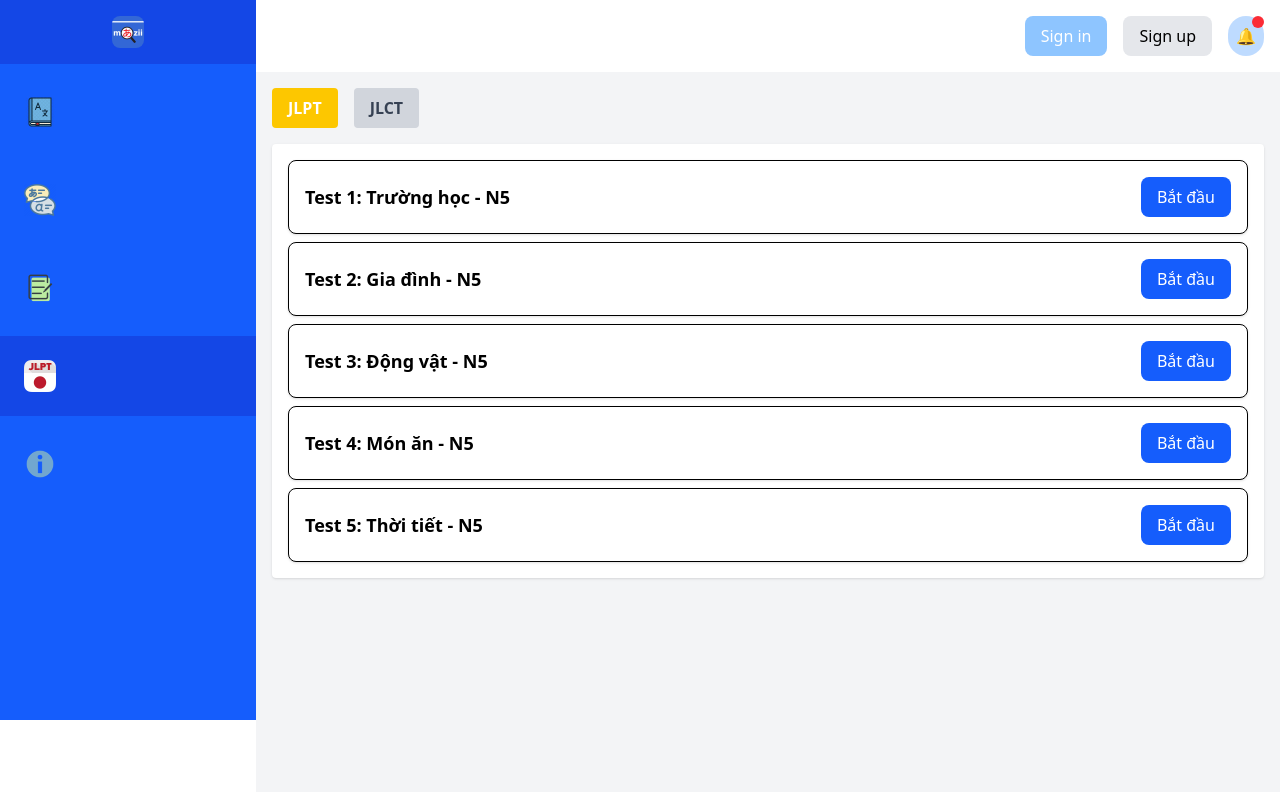
Repository: reminzuetto/JapaneseTranslationApp
Page: /jlpt
An editor plug-in stored every save of this project. The page is shown before and after the next save, followed by the edit.
The browser window is 1280 px wide. The pictures show the whole page.
The page's requests for data from a server got no answer. The project was rebuilt for these pictures with package versions that can differ from the ones it lists, and the page was loaded fresh each time. No one was signed in, and anything a server would have sent is missing. Also part of the build but not shown: vite.config.js, src/components/Header/NotificationItem.jsx, src/components/SeachBar/DropDownButton.jsx, src/components/SeachBar/SearchInput.jsx, src/components/SeachBar/SearchBar.jsx, src/pages/Home.jsx, src/Firebase.jsx, src/pages/SignInForm.jsx and 8 more.

Above is the page before, as saved 2025-03-19 08:20:45.

### src/App.jsx
import React, { useState } from "react";
import { BrowserRouter as Router, Routes, Route } from "react-router-dom";
import Header from "./components/Header/Header";
import Home from "./pages/Home";
import Sidebar from "./components/SideBar/SideBar";
import SignInForm from "./pages/SignInForm";
import SignUpForm from "./pages/SignUpForm";
import SearchPage from "./pages/SearchPage";
import TranslatePage from "./pages/TranslatePage";
import CollectionPage from "./pages/CollectionPage";
import JLPTPage from "./pages/JLPTPage";
import AboutPage from "./pages/AboutPage";

function App() {
  const [isSidebarOpen, setIsSidebarOpen] = useState(false);

  return (
    <Router>
      <div className="flex">
        {/* Sidebar */}
        <Sidebar isOpen={isSidebarOpen} setIsOpen={setIsSidebarOpen} />

        {/* Nội dung chính */}
        <div
          className={`flex-1 transition-all duration-300 ${
            isSidebarOpen ? "ml-64" : "ml-20"
          }`}
        >
          <Header />
          <Routes>
            <Route path="/" element={<Home />} />
            <Route path="/signin" element={<SignInForm />} />
            <Route path="/signup" element={<SignUpForm />} />
            <Route path="/search" element={<SearchPage />} />
            <Route path="/translate" element={<TranslatePage />} />
            <Route path="/collection" element={<CollectionPage />} />
            <Route path="/jlpt" element={<JLPTPage />} />
            <Route path="/about" element={<AboutPage />} />
          </Routes>
        </div>
      </div>
    </Router>
  );
}

export default App;

### src/components/Header/Header.jsx
import React, { useState } from "react";
import useClickOutside from "../../hooks/useClickOutside";
import notificationsData from "/src/Data.js";
import NotificationItem from "../Header/NotificationItem";
import { Link } from "react-router-dom";

const Header = () => {
  const { show, setShow, nodeRef } = useClickOutside();
  const [notifications, setNotifications] = useState(notificationsData);

  const markAsSeen = (id) => {
    setNotifications((prev) =>
      prev.map((item) => (item.id === id ? { ...item, seen: true } : item))
    );
  };

  return (
    <header className="flex items-center justify-end p-4 bg-white shadow-md  top-0 left-0 w-full z-50">
      <div className="flex items-center gap-4">
        <Link to="/signin">
          <button className="px-4 py-2 text-white bg-blue-300 rounded-lg hover:bg-blue-500">
            Sign in
          </button>
        </Link>

        <Link to="/signup">
          <button className="px-4 py-2 text-blue bg-gray-200 rounded-lg hover:bg-blue-500 hover:text-white">
            Sign up
          </button>
        </Link>
        <div className="relative" ref={nodeRef}>
          <div
            className="relative p-2 rounded-full bg-blue-200 hover:bg-blue-400 cursor-pointer"
            onClick={() => setShow(!show)}
          >
            🔔
            {notifications.some((item) => !item.seen) && (
              <span className="absolute top-0 right-0 w-3 h-3 bg-red-500 rounded-full"></span>
            )}
          </div>

          {show && (
            <div className="absolute top-full -left-2 min-w-[250px] translate-x-[-100%] mt-2 bg-white shadow-lg rounded-lg border border-gray-200">
              {notifications.length > 0 ? (
                notifications.map((item) => (
                  <NotificationItem
                    key={item.id}
                    id={item.id}
                    title={item.title}
                    time={item.time}
                    seen={item.seen}
                    onMarkAsSeen={markAsSeen}
                  />
                ))
              ) : (
                <div className="p-4 text-center text-gray-400">
                  Không có thông báo mới
                </div>
              )}
            </div>
          )}
        </div>
      </div>
    </header>
  );
};

export default Header;

### src/components/SideBar/SideBar.jsx
import React from "react";
import { NavLink } from "react-router-dom";

const SidebarItem = ({ src, text, to }) => (
  <li className="w-full">
    <NavLink
      to={to}
      className={({ isActive }) =>
        `flex items-center h-20 text-gray-200 no-underline transition duration-500 hover:bg-blue-700 hover:text-white hover:shadow-lg hover:font-bold hover:rounded-lg hover:ml-3 hover:mr-3 ${
          isActive ? "bg-blue-700 font-bold text-white" : ""
        }`
      }
    >
      <img className="w-8 min-w-8 mx-6" src={src} alt={text} />
      <span className="hidden group-hover:block ml-4">{text}</span>
    </NavLink>
  </li>
);

const SideBar = ({ isOpen, setIsOpen }) => {
  const menuItems = [
    { src: "/src/assets/SearchIcon.png", text: "Search", to: "/search" },
    {
      src: "/src/assets/TranslateIcon.png",
      text: "Translate",
      to: "/translate",
    },
    {
      src: "/src/assets/CollectionIcon.png",
      text: "Collection",
      to: "/collection",
    },
    { src: "/src/assets/JLPTIcon.png", text: "JLPT", to: "/jlpt" },
    { src: "/src/assets/AboutIcon.jpg", text: "About us", to: "/about" },
  ];

  return (
    <nav
      className={`w-20 h-screen fixed z-51 bg-blue-600 transition-all duration-200 hover:w-64 group ${
        isOpen ? "w-64" : "w-20"
      }`}
      onMouseEnter={() => setIsOpen(true)}
      onMouseLeave={() => setIsOpen(false)}
    >
      <ul className="flex flex-col items-center space-y-2">
        <li className="w-full text-center py-4 bg-blue-700 font-bold uppercase text-white text-2xl">
          <NavLink className="flex items-center justify-center" to="/">
            <img
              className="w-8 h-8 rounded-lg transition-transform duration-600 group-hover:rotate-[-360deg]"
              src="/src/assets/MaziiLogo.png"
              alt="Mazii logo"
            />
            <span className="hidden group-hover:block ml-4">Mazzi</span>
          </NavLink>
        </li>
        {menuItems.map((item, index) => (
          <SidebarItem
            key={index}
            src={item.src}
            text={item.text}
            to={item.to}
          />
        ))}
      </ul>
    </nav>
  );
};

export default SideBar;

### src/pages/JLPTPage.jsx
import React, { useState, useEffect } from "react";
import JLPTTestItem from "/src/components/JLPTPage/JLPTTestItem";

const JLPTPage = () => {
  const [tests, setTests] = useState([]);

  useEffect(() => {
    fetch("japanese_test.json") // Để file json trong thư mục public
      .then((response) => response.json())
      .then((data) => setTests(data.tests))
      .catch((error) => console.error("Error loading test data:", error));
  }, []);

  const handleStartTest = (testId) => {
    console.log(`Bắt đầu bài kiểm tra với ID: ${testId}`);
    // Có thể điều hướng hoặc thay đổi state ở đây nếu cần
  };

  return (
    <div className="p-4 bg-gray-100 min-h-screen">
      {/* Thanh chọn loại kỳ thi */}
      <div className="flex space-x-4 mb-4">
        <button className="px-4 py-2 bg-yellow-400 text-white font-bold rounded">
          JLPT
        </button>
        <button className="px-4 py-2 bg-gray-300 text-gray-700 font-bold rounded">
          JLCT
        </button>
      </div>

      <div className="mt-4 bg-white p-4 rounded shadow space-y-2">
        {tests.map((test, index) => (
          <JLPTTestItem
            key={test.id}
            test={test}
            index={index + 1}
            onStart={handleStartTest}
          />
        ))}
      </div>
    </div>
  );
};

export default JLPTPage;

### src/hooks/useClickOutside.jsx
import { useEffect, useRef, useState } from "react";

export default function useClickOutside(dom = "button") {
  const [show, setShow] = useState(false);
  const nodeRef = useRef(null);
  useEffect(() => {
    const handleClickOutside = (event) => {
      if (
        nodeRef.current &&
        !nodeRef.current.contains(event.target) &&
        !event.target.matches(dom)
      ) {
        setShow(false);
      }
    };
    document.addEventListener("click", handleClickOutside);
    return () => {
      document.removeEventListener("click", handleClickOutside);
    };
  }, []);

  return {
    show,
    setShow,
    nodeRef,
  };
}

### src/Data.js
const notificationsData = [
  {
    id: 1,
    title: "JavaScript Update",
    content: "Phiên bản mới của JavaScript đã được phát hành.",
    time: "10 phút trước",
    seen: false,
  },
  {
    id: 2,
    title: "ReactJS Tips",
    content: "Học cách tối ưu hóa hiệu suất trong ReactJS.",
    time: "30 phút trước",
    seen: true,
  },
  {
    id: 3,
    title: "VueJS News",
    content: "Vue 3 đang ngày càng phổ biến hơn!",
    time: "1 giờ trước",
    seen: false,
  },
  {
    id: 4,
    title: "Next.js Guide",
    content: "Làm thế nào để sử dụng Server Actions hiệu quả?",
    time: "3 giờ trước",
    seen: true,
  },
  {
    id: 5,
    title: "PostgreSQL Tips",
    content: "Cách tối ưu truy vấn SQL cho tốc độ nhanh hơn.",
    time: "5 giờ trước",
    seen: false,
  },
];

export default notificationsData;

### src/components/JLPTPage/JLPTTestItem.jsx
import React from "react";

const JLPTTestItem = ({ test, index, onStart }) => {
  return (
    <div className="flex justify-between items-center p-4 border rounded-lg shadow-sm bg-white">
      <span className="text-lg font-semibold">
        Test {index}: {test.topic} - {test.level}
      </span>
      <button
        onClick={() => onStart(test.id)}
        className="bg-blue-600 text-white px-4 py-2 rounded-lg hover:bg-blue-700"
      >
        Bắt đầu
      </button>
    </div>
  );
};

export default JLPTTestItem;

### public/japanese_test.json
{
  "tests": [
    {
      "id": "001",
      "topic": "Trường học",
      "level": "N5",
      "questions": [
        {
          "question_id": 1,
          "question": "Từ '学校' có nghĩa là gì?",
          "answers": ["Trường học", "Giáo viên", "Sách", "Nhà"],
          "correct_answer": "A",
          "explain": "学校 (gakkou) là danh từ tiếng Nhật nghĩa là 'trường học'."
        },
        {
          "question_id": 2,
          "question": "Từ '先生' có nghĩa là gì?",
          "answers": ["Học sinh", "Giáo viên", "Bác sĩ", "Cảnh sát"],
          "correct_answer": "B",
          "explain": "先生 (sensei) có nghĩa là 'giáo viên' hoặc 'thầy cô'."
        }
      ]
    },
    {
      "id": "002",
      "topic": "Gia đình",
      "level": "N5",
      "questions": [
        {
          "question_id": 1,
          "question": "Từ '父' có nghĩa là gì?",
          "answers": ["Anh trai", "Bố", "Chú", "Bạn"],
          "correct_answer": "B",
          "explain": "父 (chichi) là cách gọi 'bố' trong tiếng Nhật."
        },
        {
          "question_id": 2,
          "question": "Từ '母' có nghĩa là gì?",
          "answers": ["Mẹ", "Chị gái", "Dì", "Cô giáo"],
          "correct_answer": "A",
          "explain": "母 (haha) có nghĩa là 'mẹ' trong tiếng Nhật."
        }
      ]
    },
    {
      "id": "003",
      "topic": "Động vật",
      "level": "N5",
      "questions": [
        {
          "question_id": 1,
          "question": "Từ '猫' có nghĩa là gì?",
          "answers": ["Chó", "Mèo", "Chuột", "Bò"],
          "correct_answer": "B",
          "explain": "猫 (neko) có nghĩa là 'mèo' trong tiếng Nhật."
        },
        {
          "question_id": 2,
          "question": "Từ '犬' có nghĩa là gì?",
          "answers": ["Chó", "Mèo", "Cá", "Thỏ"],
          "correct_answer": "A",
          "explain": "犬 (inu) có nghĩa là 'chó' trong tiếng Nhật."
        }
      ]
    },
    {
      "id": "004",
      "topic": "Món ăn",
      "level": "N5",
      "questions": [
        {
          "question_id": 1,
          "question": "Từ '寿司' có nghĩa là gì?",
          "answers": ["Mì", "Cơm cuộn", "Sushi", "Bánh"],
          "correct_answer": "C",
          "explain": "寿司 (sushi) là một món ăn truyền thống của Nhật Bản."
        },
        {
          "question_id": 2,
          "question": "Từ 'ラーメン' có nghĩa là gì?",
          "answers": ["Mì Ramen", "Bánh mì", "Bánh ngọt", "Cơm nắm"],
          "correct_answer": "A",
          "explain": "ラーメン (ramen) là món mì nổi tiếng của Nhật Bản."
        }
      ]
    },
    {
      "id": "005",
      "topic": "Thời tiết",
      "level": "N5",
      "questions": [
        {
          "question_id": 1,
          "question": "Từ '雨' có nghĩa là gì?",
          "answers": ["Nắng", "Mưa", "Gió", "Tuyết"],
          "correct_answer": "B",
          "explain": "雨 (ame) có nghĩa là 'mưa' trong tiếng Nhật."
        },
        {
          "question_id": 2,
          "question": "Từ '雪' có nghĩa là gì?",
          "answers": ["Mưa", "Tuyết", "Gió", "Sấm"],
          "correct_answer": "B",
          "explain": "雪 (yuki) có nghĩa là 'tuyết' trong tiếng Nhật."
        }
      ]
    }
  ]
}

Loaded but not shown: index.html (common file); src/main.jsx (common file); src/index.css (common file)

After the next save:
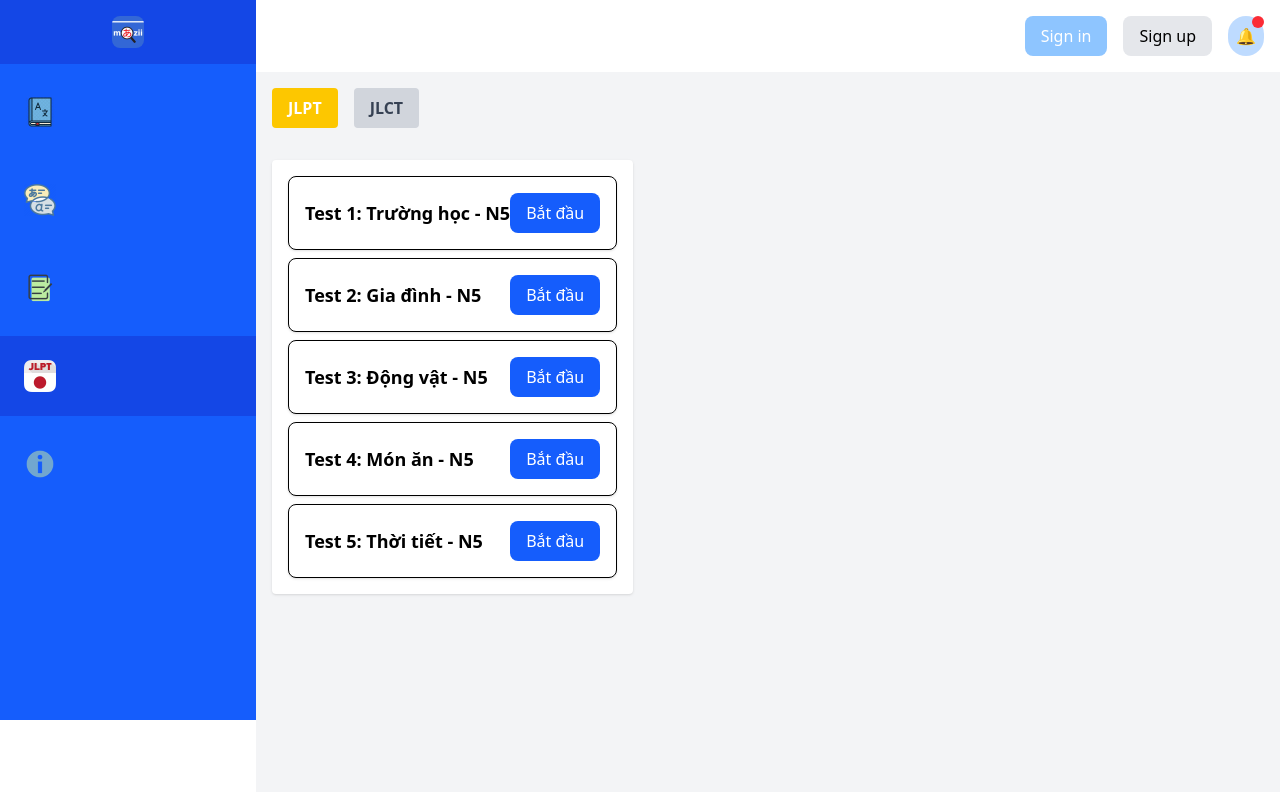
Saved 17 s later.
--- a/src/pages/JLPTPage.jsx
+++ b/src/pages/JLPTPage.jsx
@@ -28,15 +28,17 @@ const JLPTPage = () => {
         </button>
       </div>
 
-      <div className="mt-4 bg-white p-4 rounded shadow space-y-2">
-        {tests.map((test, index) => (
-          <JLPTTestItem
-            key={test.id}
-            test={test}
-            index={index + 1}
-            onStart={handleStartTest}
-          />
-        ))}
+      <div className="flex">
+        <div className="mt-4 bg-white p-4 rounded shadow space-y-2">
+          {tests.map((test, index) => (
+            <JLPTTestItem
+              key={test.id}
+              test={test}
+              index={index + 1}
+              onStart={handleStartTest}
+            />
+          ))}
+        </div>
       </div>
     </div>
   );
